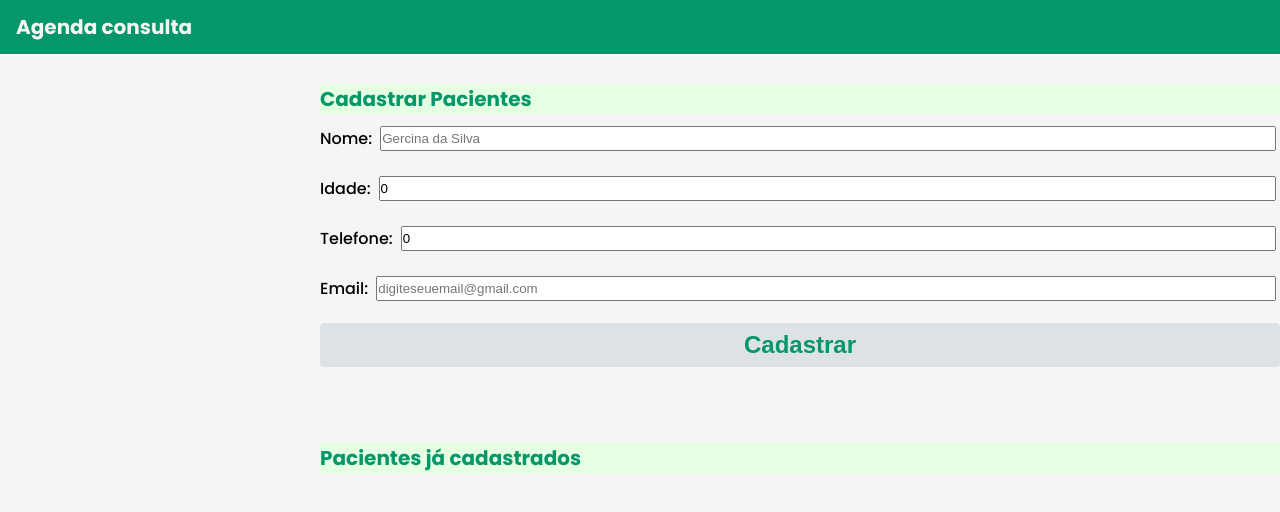
Repository: BarbaraCD/agendaconsulta
Page: /
The author's editor kept a copy of each file at every save. The page is drawn from the files as they stood at one save, then again after the next save.
The browser window is 1280 px wide. The pictures show the whole page.
The page's requests for data from a server got no answer. The project was rebuilt for these pictures with package versions that can differ from the ones it lists, and the page was loaded fresh each time. No one was signed in, and anything a server would have sent is missing. Also part of the build but not shown: vite.config.ts, src/styles/StyleList.ts, src/components/Patients.tsx.

Above is the page before, as saved 2023-07-28 16:17:18.

After the next save:
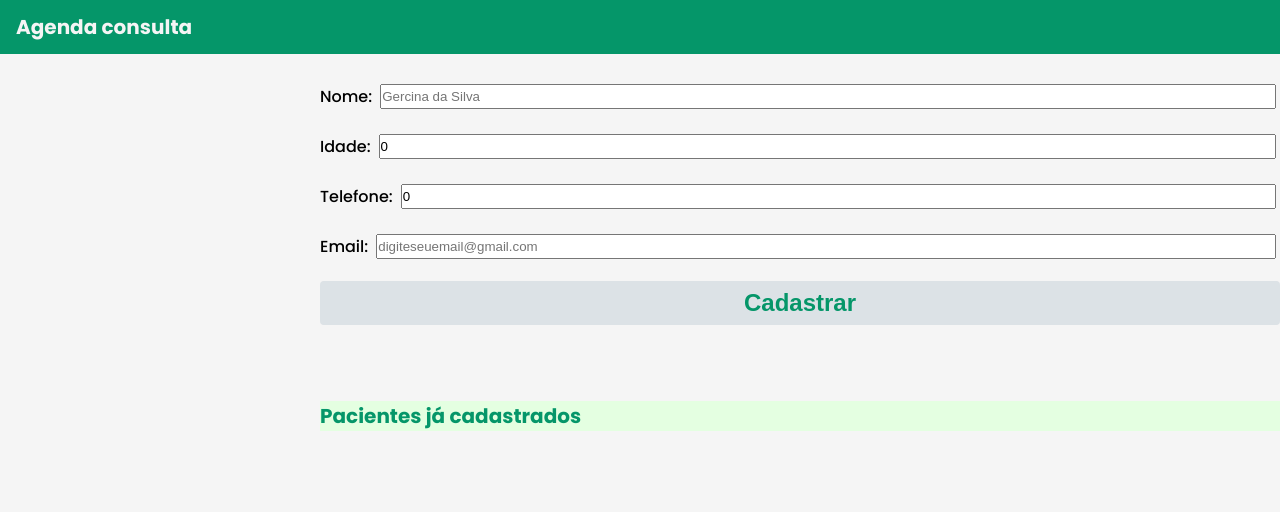
Saved 72 s later.
--- a/src/components/InputPatient.tsx
+++ b/src/components/InputPatient.tsx
@@ -14,7 +14,6 @@ interface InputPatientsProps{
 export function InputPatients(props: InputPatientsProps) {
   return (
     <InputContainer>
-      <h3>Cadastrar Pacientes</h3>
         <label>
           <p>Nome:</p>
           <input
